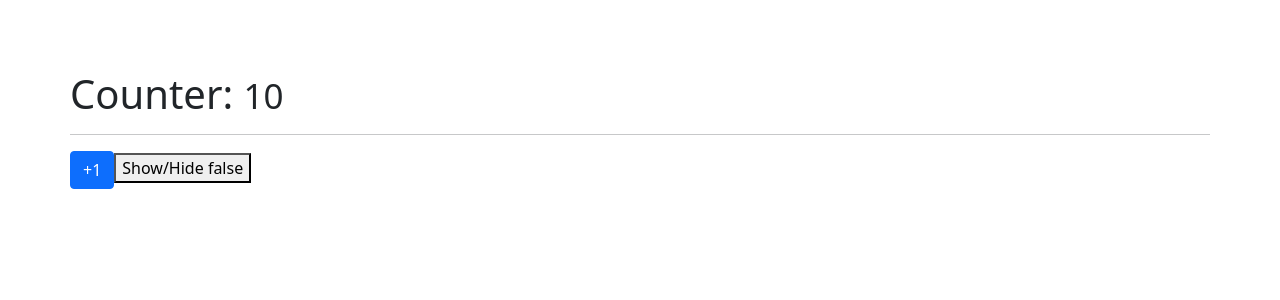
Repository: ppfeliuu/hooks-app
Page: /
An editor plug-in stored every save of this project. The page is shown before and after the next save, followed by the edit.
The browser window is 1280 px wide. The pictures show the whole page.
The project was rebuilt for these pictures with package versions that can differ from the ones it lists, and the page was loaded fresh each time.

Above is the page before, as saved 2021-05-29 23:14:15.

After the next save:
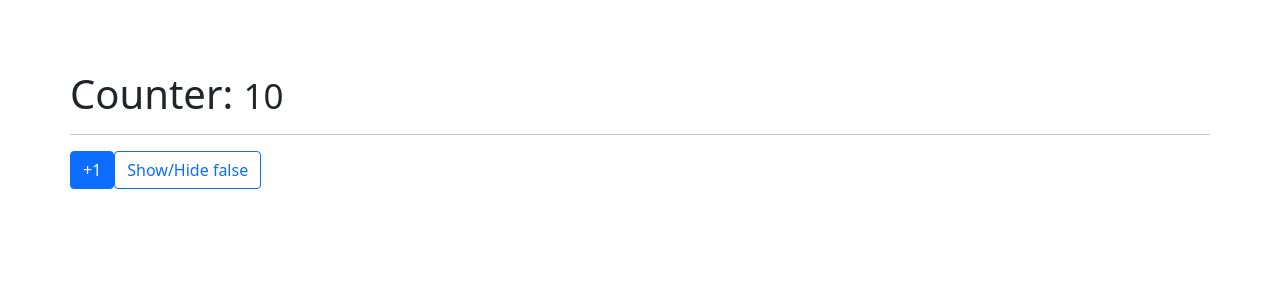
Saved 17 s later.
--- a/src/components/06-memos/Memorize.js
+++ b/src/components/06-memos/Memorize.js
@@ -18,7 +18,9 @@ export const Memorize = () => {
         +1
       </button>
 
-      <button>Show/Hide {JSON.stringify(show)}</button>
+      <button className="btn btn-outline-primary ml-3">
+        Show/Hide {JSON.stringify(show)}
+      </button>
     </div>
   );
 };
